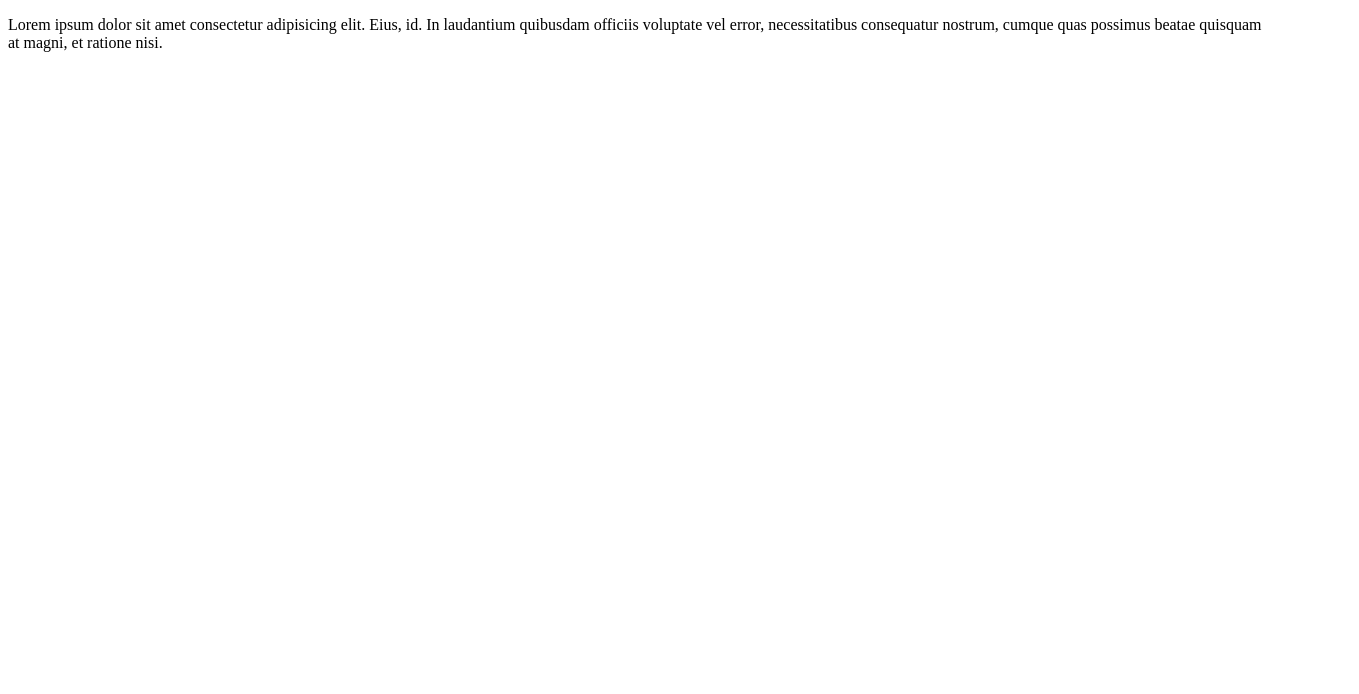
Repository: manhkkkk/assigntment
Page: index.html
The author's editor kept a copy of each file at every save. The page is drawn from the files as they stood at one save, then again after the next save.
The browser window is 1280 px wide. The page is 1280 px wide, then 1359 px, so the pictures cover 1359 px, including what lies to the right of the window. The pictures show the whole page.

Above is the page before, as saved 2022-01-09 20:54:02.

### index.html
<!DOCTYPE html>
<html lang="en">
    <head>
        <meta charset="UTF-8" />
        <link rel="icon" type="image/svg+xml" href="favicon.svg" />
        <meta http-equiv="X-UA-Compatible" content="IE=edge" />
        <meta name="viewport" content="width=device-width, initial-scale=1.0" />
        <link rel="stylesheet" href="./style.css" />
        <title>Document</title>
    </head>
    <body>
        <div id="app" cldaass="bg-red-500"></div>
        <script type="module" src="./src/main.js"></script>
        <p>
            Lorem ipsum dolor sit amet consectetur adipisicing elit. Eius, id.
            In laudantium quibusdam officiis voluptate vel error, necessitatibus
            consequatur nostrum, cumque quas possimus beatae quisquam at magni,
            et ratione nisi.
        </p>
    </body>
</html>

### src/main.js
var menuList =["Menu1", "Menu2", "Menu3"];

const menuElement = document.querySelector('#menu');
if (menuElement) {
  for (let i = 0; i < menuList.length; i++) {
    menuElement.innerHTML += '<li>${menuList[i]}</li>';

  }
}

Loaded but not shown: style.css (common file)

After the next save:
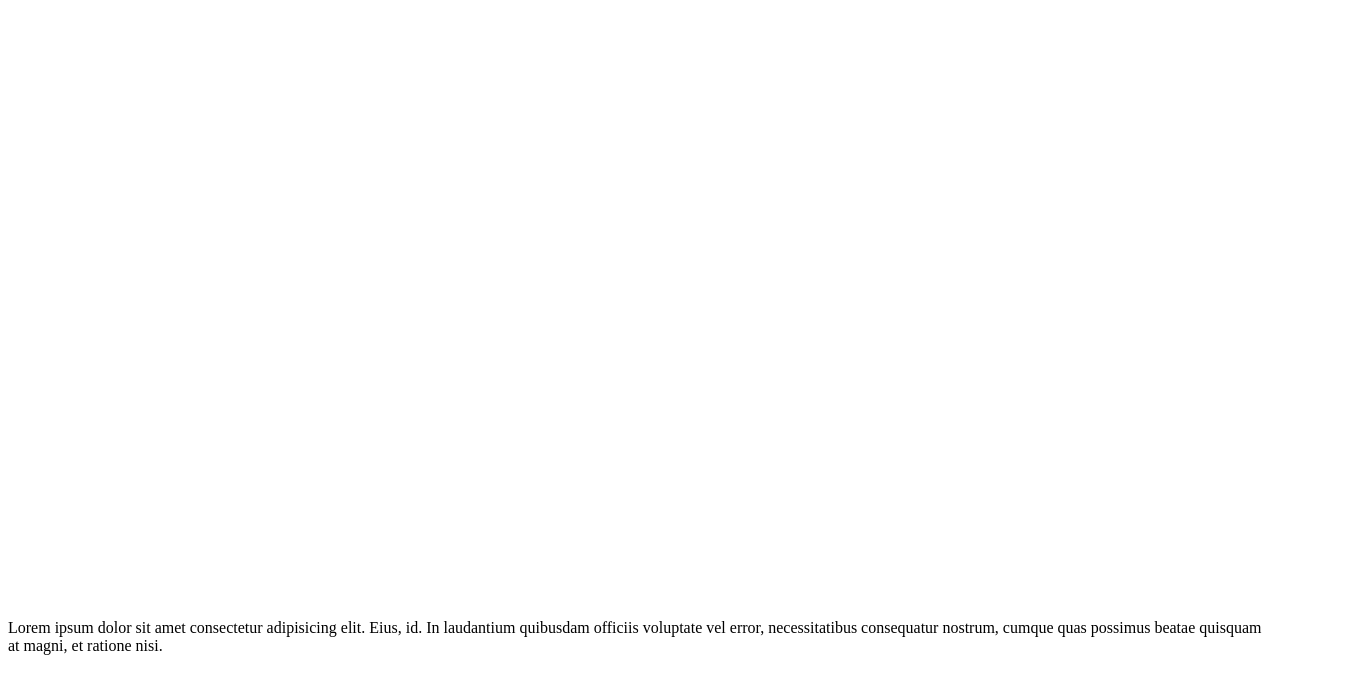
Saved 15 min 35 s later.
--- a/index.html
+++ b/index.html
@@ -9,7 +9,15 @@
         <title>Document</title>
     </head>
     <body>
-        <div id="app" cldaass="bg-red-500"></div>
+        <header>
+            <div class="container">
+                <nav>
+                    <div>
+                        <img src="./image/logo.png" alt="" />
+                    </div>
+                </nav>
+            </div>
+        </header>
         <script type="module" src="./src/main.js"></script>
         <p>
             Lorem ipsum dolor sit amet consectetur adipisicing elit. Eius, id.
